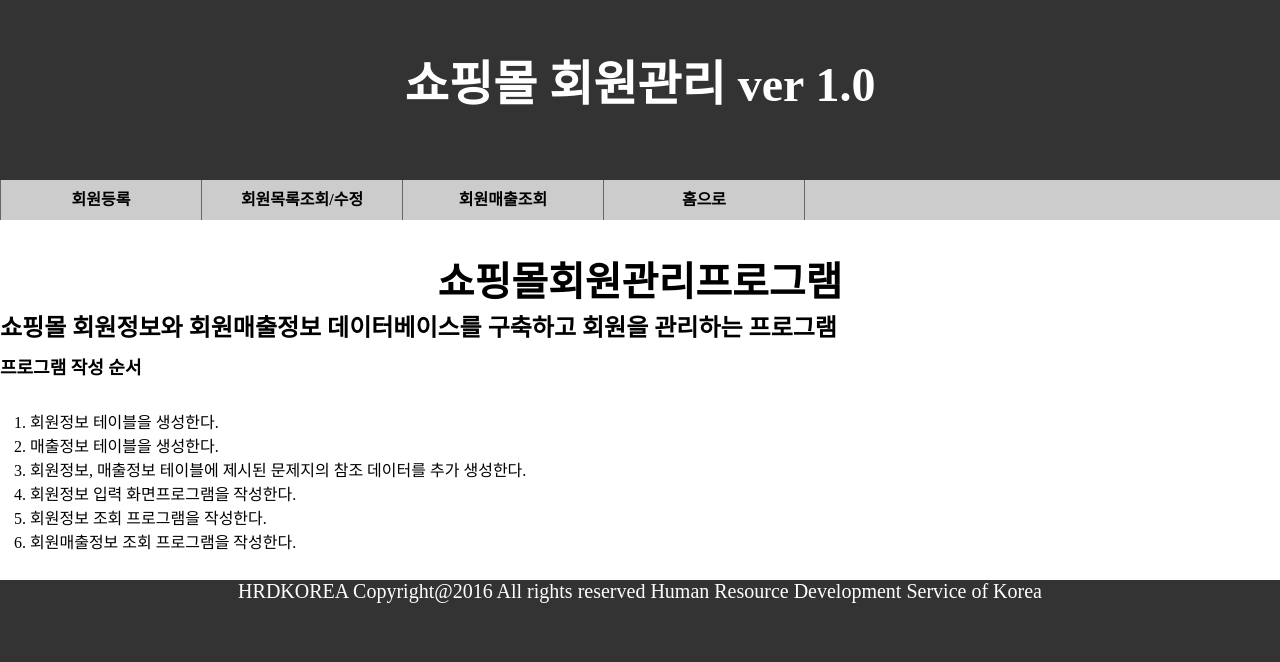
Repository: jsky1234/NCS
Page: http://localhost/HRD_1/admin.jsp
An editor plug-in stored every save of this project. The page is shown before and after the next save, followed by the edit.
The browser window is 1280 px wide. The pictures show the whole page.
The page is served by Tomcat 9.

Above is the page before, as saved 2020-11-09 02:43:45.

After the next save:
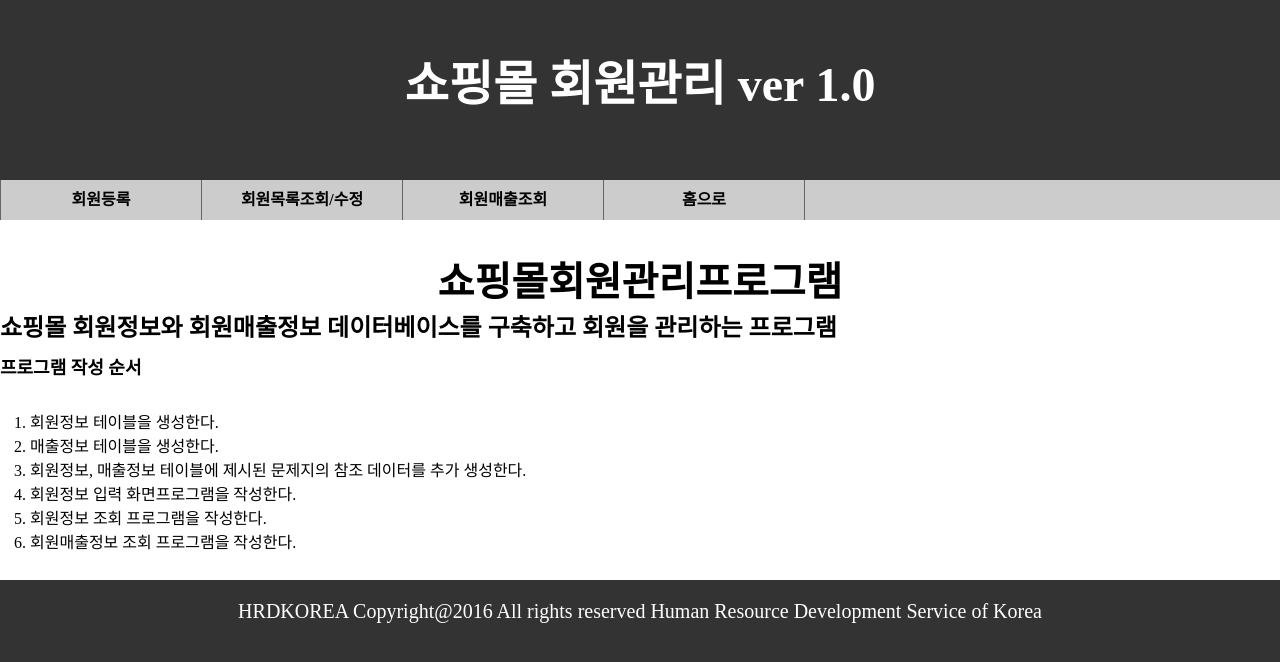
Saved 15 s later.
--- a/ncs1/HRD_1/WebContent/admin.jsp
+++ b/ncs1/HRD_1/WebContent/admin.jsp
@@ -27,7 +27,7 @@ ol { padding: 30px; }
 .item_tit2 { font-size: 18px; margin-top: 10px;}
 
 .ft { clear: both; position: absolute;  width: 100%; bottom: 0; min-height:80px; height: 140px; background-color: #333; }
-.copyright { color: #fff; font-size: 20px; text-align: center;}
+.copyright { color: #fff; font-size: 20px; text-align: center; margin-top: 20px;}
 
 </style>
 </head>
